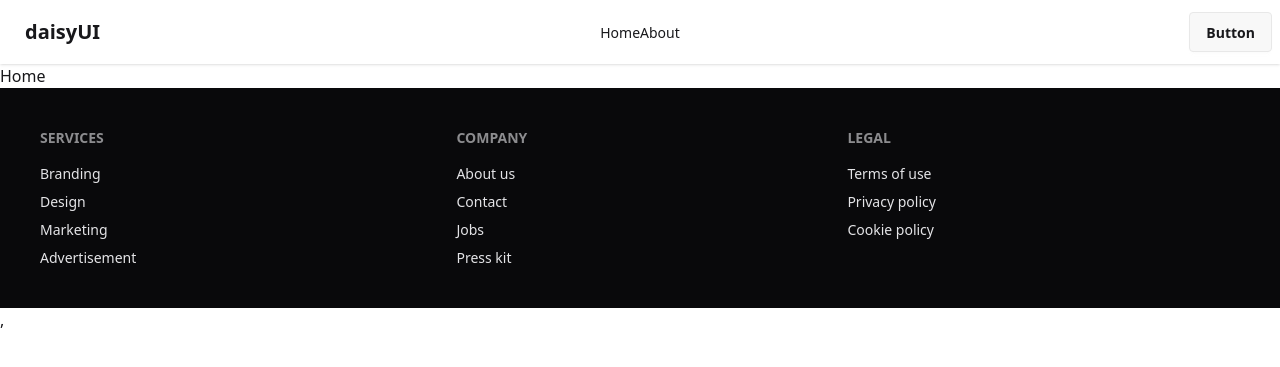
Repository: SanjidaSnigdha/Boipoka-Book-Vibe-Project
Page: /
An editor plug-in stored every save of this project. The page is shown before and after the next save, followed by the edit.
The browser window is 1280 px wide. The pictures show the whole page.
The project was rebuilt for these pictures with package versions that can differ from the ones it lists, and the page was loaded fresh each time. Also part of the build but not shown: vite.config.js, src/App.css, src/App.jsx, src/Pages/Root/ErrorPage/ErrorPage.jsx.

Above is the page before, as saved 2026-05-12 11:10:27.

After the next save:
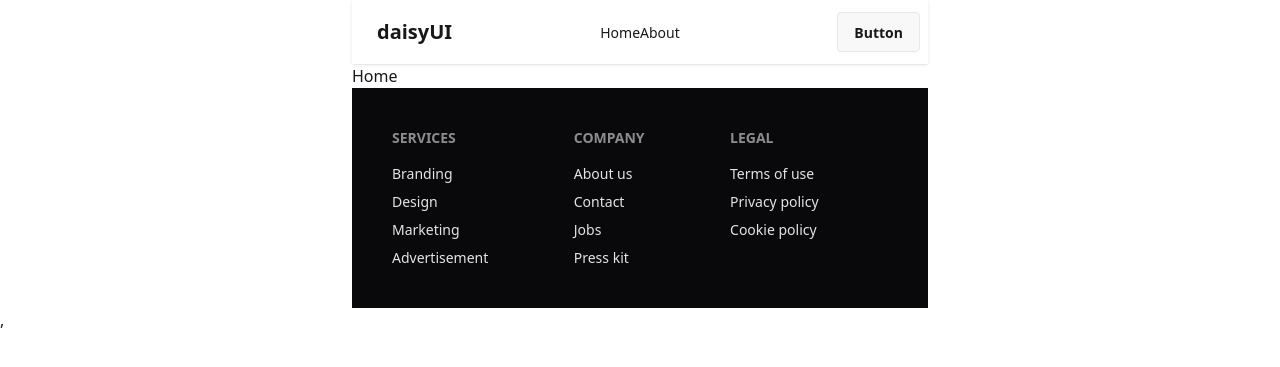
Saved 113 s later.
--- a/src/Pages/Root/Root.jsx
+++ b/src/Pages/Root/Root.jsx
@@ -5,7 +5,7 @@ import Footer from '../../Components/Footer/Footer';
 
 const Root = () => {
     return (
-        <div>
+        <div className='max-w-xl mx-auto'>
             <Navbar></Navbar>
             <Outlet></Outlet>
             <Footer></Footer>
